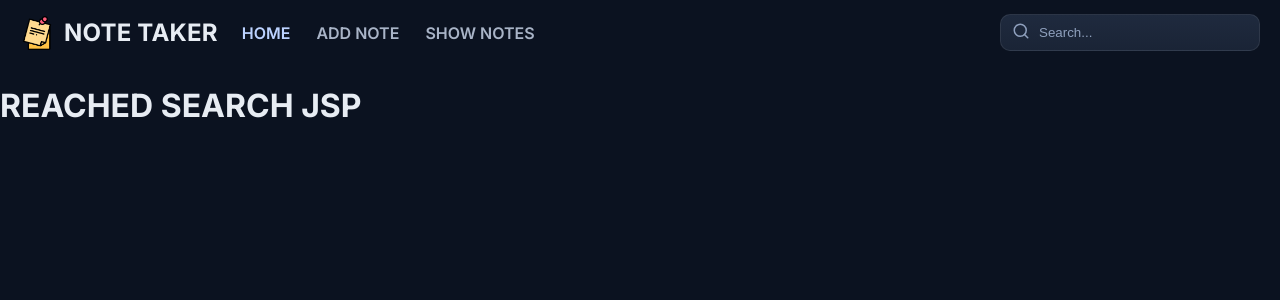
Repository: DEBDEEPTA/NOTE-TAKER
Page: http://localhost/NoteTaker/search.jsp
The author's editor kept a copy of each file at every save. The page is drawn from the files as they stood at one save, then again after the next save.
The browser window is 1280 px wide. The pictures show the whole page.
The page is served by Tomcat 10.

Above is the page before, as saved 2025-10-04 20:20:47.

After the next save:
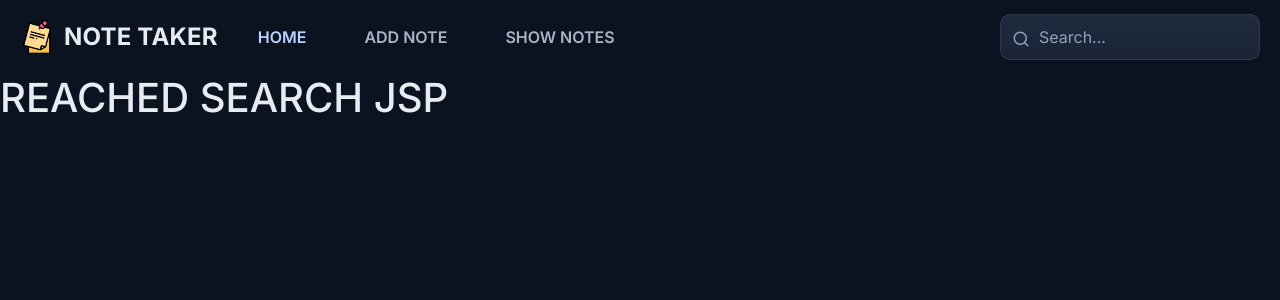
Saved 26 s later.
--- a/NoteTaker/src/main/webapp/search.jsp
+++ b/NoteTaker/src/main/webapp/search.jsp
@@ -4,6 +4,13 @@
 <html>
 <head>
 <meta charset="UTF-8">
+
+
+<meta name="viewport" content="width=device-width, initial-scale=1, shrink-to-fit=no">
+
+    <!-- Bootstrap CSS -->
+ <link rel="stylesheet" href="https://cdn.jsdelivr.net/npm/bootstrap@4.4.1/dist/css/bootstrap.min.css" integrity="sha384-Vkoo8x4CGsO3+Hhxv8T/Q5PaXtkKtu6ug5TOeNV6gBiFeWPGFN9MuhOf23Q9Ifjh" crossorigin="anonymous">
+
 <title>Insert title here</title>
 </head>
 <body>
